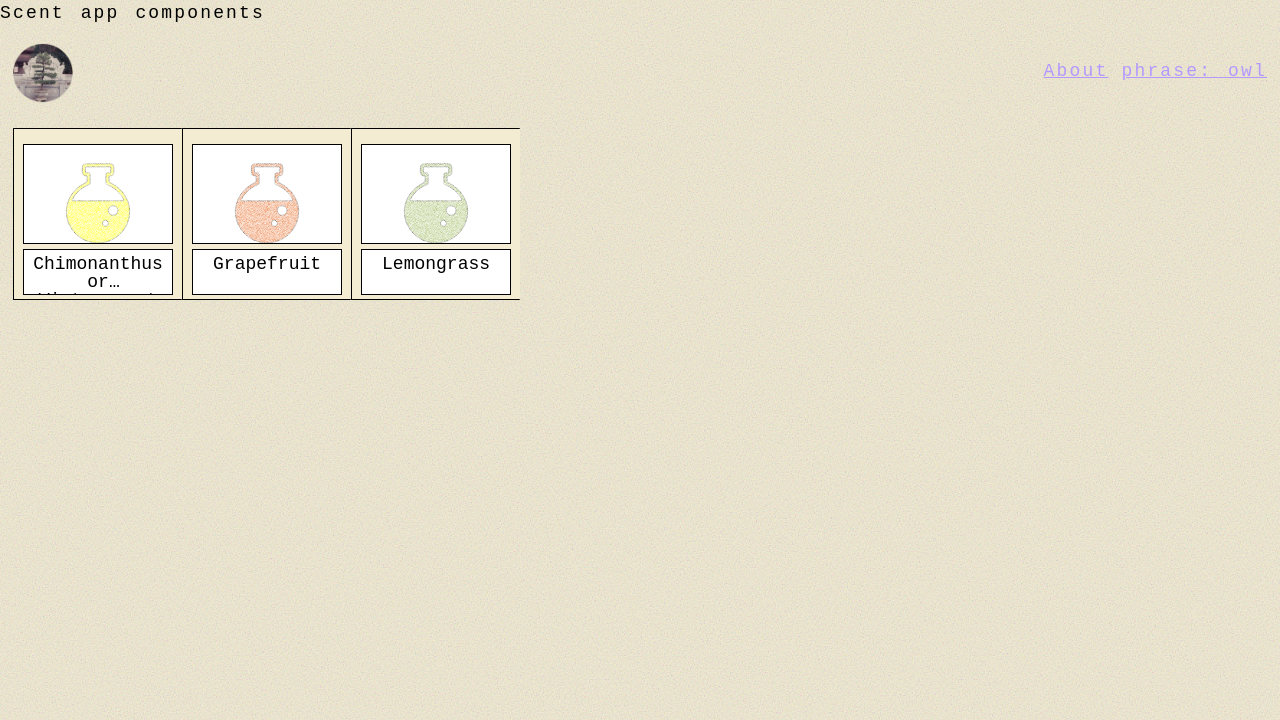
Repository: magiai/scent-app
Page: /
The author's editor kept a copy of each file at every save. The page is drawn from the files as they stood at one save, then again after the next save.
The browser window is 1280 px wide. The pictures show the whole page.
The project was rebuilt for these pictures with package versions that can differ from the ones it lists, and the page was loaded fresh each time. The framework's server and built-in components were replaced by stand-ins that run in the browser.

Above is the page before, as saved 2022-11-30 12:43:46.

### pages/_app.tsx

import { Provider } from 'react-redux';
import type { AppProps } from 'next/app';
import { store } from '../app/store';
import '../styles/variables.css';
import '../styles/global.css';

function MyApp({ Component, pageProps
}: AppProps) {
    return (
        <Provider store={store}>
            <Component {...pageProps} />
        </Provider>
    )
}

export default MyApp

### pages/_document.js
import { Html, Head, Main, NextScript } from "next/document";

export default function Document() {
    return (
        <Html lang="en">
        <Head>
            <meta charset="utf-8" />
            <meta httpEquiv="X-UA-Compatible" content="IE=edge" />
            <meta name=" theme-color" content="#fff" />
            <meta name="viewport" content="width=device-width, initial-scale=1" />
            <meta name="robots" content="noindex, nofollow" />

            <title key="title">Scent app components</title>
            <link rel="icon" href="/favicon.ico"></link>
            <meta name="description" content="Application description"></meta>

            <noscript>Scent app components</noscript>
        </Head>
        <body>
            <svg
                className="svg__background"
                width='100%'
                height='100%'
                viewBox='0 0 100 100' xmlns='http://www.w3.org/2000/svg'>
                <filter id='noiseFilter' x="-75%" y="-100%" width="250%" height="300%">
                    <feTurbulence
                                type='fractalNoise'
                                baseFrequency='5'
                                numOctaves='10'
                                seed="10"
                                stitchTiles='stitch'/>
                </filter>

                <rect width='100%' height='100%' filter='url(#noiseFilter)'/>
            </svg>
            <Main />
            <NextScript />
        </body>
    </Html>
    )
}

### pages/index.tsx
import Head from 'next/head';
import Layout from '../components/Layout';
import { Scent } from '../components/scent/Scent';

export default function Home() {
  return (
    <Layout>
      <Head>
        <title key="title">Home</title>
      </Head>

      <main>
        <Scent liquidColor="yellow"
            label = "Chimonanthus or Wintersweet" />
        <Scent liquidColor="#e9702c"
                label = "Grapefruit" />
        <Scent liquidColor="#9db95d"
                label = "Lemongrass" />
      </main>

    </Layout>
  )
}

### app/store.ts
import searchEngineReducer from '../components/search/searchSlice';

import {
    Action,
    configureStore,
    ThunkAction,
  } from '@reduxjs/toolkit';

  export const store = configureStore({
    reducer: {
        searchEngine: searchEngineReducer,
    },
  });

  export type AppDispatch = typeof store.dispatch;
  export type RootState = ReturnType<typeof store.getState>;
  export type AppThunk<ReturnType = void> = ThunkAction<
     ReturnType,
     RootState,
     unknown,
     Action<string>
   >;

### styles/variables.css
:root {
    --font-family--base: 'Courier New', Courier, monospace;;
    --color--white: white;
    --color--black: black;
    --color--transparent: rgba(0, 0, 0, 0);

    --hue--base: 255;
    --saturation--base: 100%;
    --lightness--base: 80%;
    --opacity--base: 1;
    --color--lighten: 5%;
    --color--darken: 10%;
    --color--primary: hsla(var(--hue--base), var(--saturation--base), var(--lightness--base), var(--opacity--base));
    --color--primary--active: hsla(var(--hue--base),
                                    var(--saturation--base),
                                    calc(var(--lightness--base) + var(--color--lighten)),
                                    var(--opacity--base));

    --hue--secondary: 46;
    --saturation--secondary: 61%;
    --lightness--secondary: 89%;
    --color--secondary: hsla(var(--hue--secondary), var(--saturation--secondary), var(--lightness--secondary), var(--opacity--base));
    --color--secondary--active: hsla(var(--hue--secondary),
                                var(--saturation--secondary),
                                calc(var(--lightness--secondary) + var(--color--lighten)),
                                var(--opacity--base));

    --hue--error: 360;
    --hue--success: 130;
    --hue--information: 230;
    --color--disabled: hsla(var(--hue--information), 0, calc(var(--lightness--base) - var(--color--darken)), var(--opacity--base));
    --color--information: hsla(var(--hue--information), var(--saturation--base), var(--lightness--base), var(--opacity--base));
    --color--success: hsla(var(--hue--success), var(--saturation--base), var(--lightness--base), var(--opacity--base));
    --color--error: hsla(var(--hue--error), var(--saturation--base), var(--lightness--base), var(--opacity--base));

    --background-color: var(--color--secondary);

    --spacing__ratio: 1.414;
    --spacing__ratio--desktop: 1.618;
    --space--base: 0.5rem;
    --space--xs: var(--space--base);
    --space--s: calc(var(--space--xs) * var(--spacing__ratio));
    --space--m: calc(var(--space--s) * var(--spacing__ratio));
    --space--l: calc(var(--space--m) * var(--spacing__ratio));
    --space--xl: calc(var(--space--l) * var(--spacing__ratio));

    --font-size__ratio: 1.20;
    --font-size__ratio--desktop: 1.333;
    --font-size--base: 1.8rem;
    --font-size--h4: calc(var(--font-size--base) * var(--font-size__ratio));
    --font-size--h3: calc(var(--font-size--h4) * var(--font-size__ratio));
    --font-size--h2: calc(var(--font-size--h3) * var(--font-size__ratio));
    --font-size--h1: calc(var(--font-size--h2) * var(--font-size__ratio));

    --input__height: 4rem;
    --input__border__width: 0.1rem;
    --input__border__style: solid;
    --input__border__color: var(--color--primary);
    --input__border: var(--input__border__width) var(--input__border__style) var(--input__border__color);
    --form-control__color: var(--color--secondary);
    --select__height: 3.4rem;
    --select--focus__color: var(--color--primary);
    --select__arrow__color: var(--input__border__color);

    --svg__button__width: 15rem;
    --svg__button__height: 10rem;
    --button__border__width: 0.1rem;
    --button--svg__label__height: 4.6rem;
}

@media only screen and (min-width: 768px) {
    :root {
        --font-size__ratio: var(--font-size__ratio--desktop);
        --spacing__ratio: var(--spacing__ratio--desktop);
    }
}

### styles/global.css
html {
    font-size: 62.5%;
}

*,
*:before,
*:after {
    box-sizing: border-box;
}

body {
    font-family: var(--font-family--base);
    font-size: var(--font-size--base);
    line-height: 1.5;
	letter-spacing: 0.12em;
	word-spacing: 0.16em;
    color: var(--color--black);
    background-color: var(--background-color);
    margin: 0;
    position: relative;
    min-height: 100vh;
}

@media (prefers-reduced-motion: reduce) {
	*,
	*::before,
	*::after {
		animation-duration: 0.01ms !important;
		animation-iteration-count: 1 !important;
		transition-duration: 0.01ms !important;
		scroll-behavior: auto !important;
	}
}

.svg__background {
	position: absolute;
	top: 0;
	left: 0;
	opacity: 0.4;
    z-index: -1;
}

p,
li,
h1, h2, h3, h4, h5 {
  overflow-wrap: break-word;
  hyphens: auto;
  margin-bottom: 0.65em;
}

h1 {
    font-size: var(--font-size--h1);
}

h2 {
    font-size: var(--font-size--h2);
}

h3 {
    font-size: var(--font-size--h3);
}

h4 {
    font-size: var(--font-size--h4);
}

h5 {
    font-size: var(--font-size--h5);
}

a {
    color: var(--color--primary);
    padding-top: var(--space--s);
    padding-bottom: var(--space--s);
}

a:hover, a:active, a:focus {
    color: var(--color--primary--active);
}

button {
    font-size: max(var(--font-size--base), 1em);
    font-family: inherit;
    padding: 0.25em 0.5em;
    background-color: var(--color--secondary);
    border-radius: 0.1rem;
    border: var(--button__border);
    line-height: 1;
}

### components/Layout.tsx
import React from 'react';
import Footer from './Footer';
import Header from './Header';
import styles from './layout.module.css'

export default function Layout({
  children,
  home
}: {
  children: React.ReactNode
  home?: boolean
}) {
    return (
        <div className = {styles.container}>
            <Header/>
            {children}
            {/* <Footer/> */}
        </div>
    );
}

### components/scent/Scent.tsx
import React from 'react';
import styles from './scent.module.css';

interface ScentProps {
    // visibleBottle: boolean;
    liquidColor: string;
    label: string;
  /**
   * Optional click handler
   */
  onClick?: () => void;
}

export const Scent = ({
    // visibleBottle,
    liquidColor,
    label,
    ...props
}: ScentProps) => {
    //check with useContext
    // const mode: string = visibleBottle ? 'bottle--visible' : 'bottle--hidden';

    return (
    <>
        <button
            type="button"
            className={ styles['button--scent'] }
            {...props}>

            <svg
                className={ styles['svg--bottle'] }
                xmlns="http://www.w3.org/2000/svg"
                version="1.1"
                x="0px"
                y="0px"
                viewBox="0 0 362.664 362.664">

                <filter id='noiseFilter' x="-10%" y="-10%" width="120%" height="120%">
                    <feTurbulence
                        type='fractalNoise'
                        baseFrequency='5'
                        numOctaves='10'
                        seed="10"
                        stitchTiles='stitch'
                    />
                </filter>

                <mask id="gradient-mask">
                    <rect width='100%' height='100%' filter='url(#noiseFilter)'/>
                </mask>

                <path id={ styles['bottle__path'] }
                    fill={ liquidColor }
                    d="M326.197,217.684c0-14.664-2.472-29.243-7.346-43.334l-1.63-4.711h-0.119c-4.807-12.383-11.477-24.266-19.923-35.369     c-16.07-21.126-37.974-38.302-62.301-48.985c-1.015-0.446-3.057-1.059-3.057-4.892l-0.392-25.177h6.549     c8.759,0,15.886-7.126,15.886-15.885V15.886C253.864,7.127,246.738,0,237.978,0H125.686c-8.759,0-15.885,7.127-15.885,15.886     v23.445c0,8.759,7.126,15.885,15.885,15.885h5.625L131.23,80.06c0,3.75-2.221,4.689-3.323,5.172     c-24.308,10.644-46.197,27.762-62.283,48.842c-8.515,11.159-15.232,23.107-20.067,35.564h-0.119l-1.629,4.712     c-4.872,14.089-7.342,28.668-7.342,43.333c0,0.018,0,0.036,0,0.053c0,0.021,0,0.042,0,0.063     c0,79.879,64.986,144.865,144.865,144.865s144.865-64.986,144.865-144.865c0-0.021,0-0.042,0-0.063     C326.197,217.72,326.197,217.702,326.197,217.684z M202.109,272.231c0-7.348,5.957-13.305,13.305-13.305     s13.305,5.957,13.305,13.305s-5.957,13.305-13.305,13.305S202.109,279.579,202.109,272.231z M228.718,213.922     c0-12.15,9.85-22,22-22s22,9.85,22,22s-9.85,22-22,22S228.718,226.072,228.718,213.922z M140.66,95.165     c0,0,4.543-2.022,4.543-7.522c0-9.792,0.127-27.917,0.127-39.166c0-7.5-6.831-7.261-6.831-7.261h-12.813     c-1.022,0-1.885-0.863-1.885-1.885V15.886c0-1.022,0.863-1.886,1.885-1.886h112.292c1.022,0,1.886,0.864,1.886,1.886v23.445     c0,1.022-0.864,1.885-1.886,1.885h-13.146c0,0-7.473,0.552-7.473,8.929c0,10.874,0.592,28.679,0.592,38.241     c0,5.757,4.469,6.934,4.469,6.934c32.593,12.269,59.116,36.124,74.668,64.853c1.679,3.102,4.577,9.466-4.089,9.466h-225.5     c-6.833,0-3.513-6.596-1.764-9.807C81.372,131.122,107.979,107.339,140.66,95.165z"
                    mask='url(#gradient-mask)'></path>
            </svg>

            <span className={ styles['button--svg__label'] }>{ label }</span>
        </button>
    </>
    );
};

### components/search/searchSlice.ts
import {
    createSlice,
    PayloadAction,
  } from '@reduxjs/toolkit';
  import type { RootState } from '../../app/store';

  export type SearchEngineState = {
    value: string;
  };

  const initialState: SearchEngineState = {
    value: 'owl',
  };

  export const searchEngineSlice = createSlice({
    name: 'searchEngine',
    initialState,

    reducers: {

      setSearchedPhrase: (state, action: PayloadAction<string>) => {
        state.value = action.payload;
      },
    },
  });

  export const {
    setSearchedPhrase,
  } = searchEngineSlice.actions;

  export const selectSearch = (state: RootState) => state.searchEngine.value;

  export default searchEngineSlice.reducer;

### components/Header.tsx
import Link from 'next/link';
import Image from 'next/image';
import styles from './header.module.css';
import { useAppSelector } from '../app/hooks';
import { selectSearch } from './../components/search/searchSlice';

export default function Header() {
    const selectPhrase = useAppSelector(selectSearch);

    return (
        <header className = {styles.header}>
            <nav className = {styles.navigation}>
                <Link href="/">
                    <a>
                        <Image
                            src = "/images/logo.png"
                            height = {60}
                            width = {60}
                            alt = "Logo"
                        />
                    </a>
                </Link>
                <ul className = { styles.navigationList }>
                    <li>
                        <Link href="/about">
                            <a>About</a>
                        </Link>
                    </li>
                    <li>
                        <Link href="/about">
                            <a>phrase: {selectPhrase} </a>
                        </Link>
                    </li>
                </ul>
            </nav>
        </header>
    );
}

### components/layout.module.css
.container {
    padding-left: var(--space--m);
    padding-right: var(--space--m);
}

### components/scent/scent.module.css
/* :root {
    --svg__button__width: 15rem;
    --svg__button__height: 10rem;
    --button__border__width: 0.1rem;
    --button--svg__label__height: 4.6rem;
} */


.svg--bottle,
.button--scent {
    border-top-width: var(--button__border__width);
    border-left-width: var(--button__border__width);
    border-bottom-width: var(--button__border__width);
    border-color: black;
    border-style: solid;
}

.button--scent {
    border-right-width: 0rem;
    color: black;
    transition-property: transform;
    transition-duration: 250ms;
    transition-timing-function: ease-out;
}

.button--scent:active,
.button--scent:focus,
.button--scent:hover {
    background-color: rgba(87, 69, 58, 0.7);
}

.button--scent:active #bottle__path,
.button--scent:focus #bottle__path,
.button--scent:hover #bottle__path {
    transform: rotateZ(20deg) translateX(0%) translateY(-3%) scale(0.9);
}

svg.svg--bottle {
    display: flex;
    width: var(--svg__button__width);
    height: var(--svg__button__height);
    margin-top: 1rem;
    padding-top: 1rem;
    background-color: white;
    border-right-width: var(--button__border__width);
}

#bottle__path {
    stroke: black;
    stroke-width: 0.3rem;
    transform-origin: bottom center;
    transform: scale(0.9);
}

.button--svg__label {
    border: 1px solid black;
    height: var(--button--svg__label__height);
    width: var(--svg__button__width);
    margin-top: var(--space--xs);
    background-color: white;
    display: -webkit-box;
    -webkit-line-clamp: 2;
    -webkit-box-orient: vertical;
    overflow: hidden;
    padding-top: var(--space--xs);
    padding-bottom: calc(var(--space--xs) / 2);
    /* text-shadow: 0px 0px 0.2rem black, -0.05rem -0.05rem 0.02rem; */
    transition-property: height;
    transition-duration: 200ms;
    transition-timing-function: ease-in;
}

.button--scent:hover .button--svg__label {
    height: auto;
    min-height: var(--button--svg__label__height);
    overflow: visible;
    -webkit-line-clamp: 5;
}

### components/header.module.css
.header {
    padding-top: var(--space--s);
    padding-bottom: var(--space--s);
}

.navigation {
    width: 100%;
    display: flex;
    flex-direction: row;
    justify-content: space-between;
    align-items: center;
}

.navigationList {
    display: flex;
}

.navigationList li {
    list-style: none;
}

.navigationList li:not(:last-of-type) {
    margin-right: var(--space--m);
}

### app/hooks.ts
import {
    TypedUseSelectorHook,
    useDispatch,
    useSelector,
  } from 'react-redux';
  import type {
    AppDispatch,
    RootState,
  } from './store';

  export const useAppDispatch = () => useDispatch<AppDispatch>();
  export const useAppSelector: TypedUseSelectorHook<RootState> = useSelector;

After the next save:
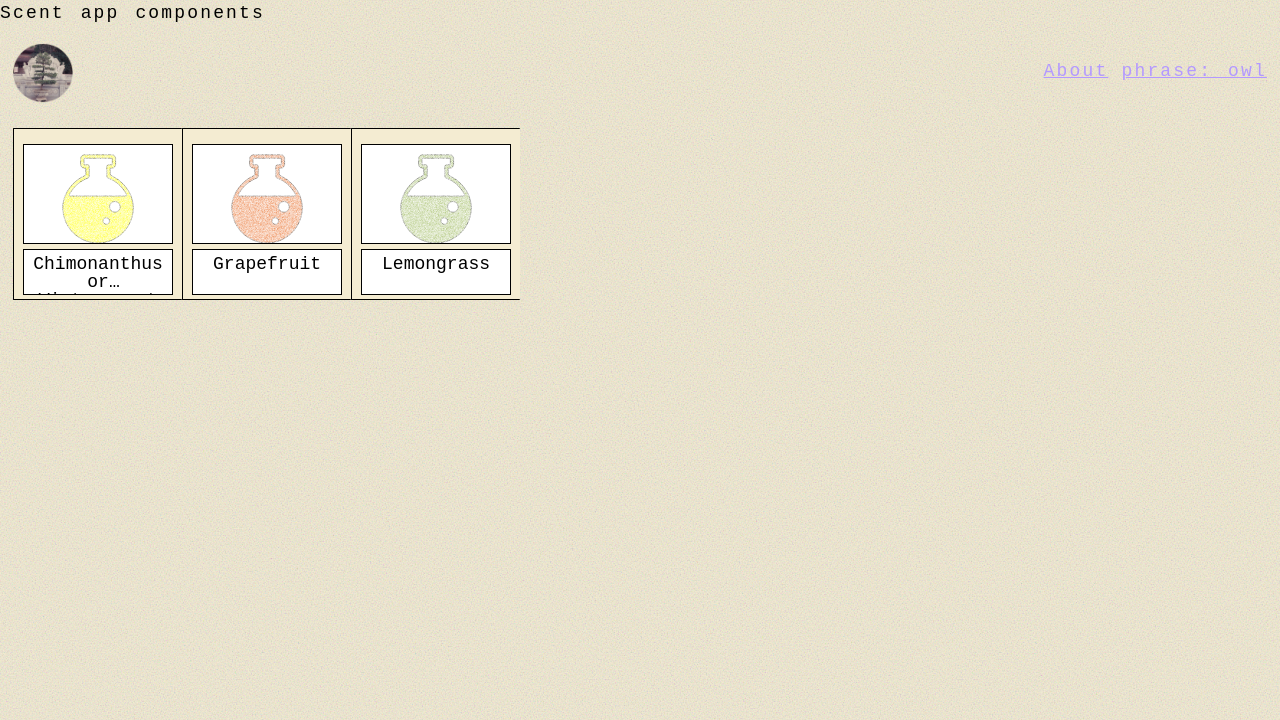
Saved 4 s later.
--- a/components/scent/scent.module.css
+++ b/components/scent/scent.module.css
@@ -40,7 +40,7 @@ svg.svg--bottle {
     width: var(--svg__button__width);
     height: var(--svg__button__height);
     margin-top: 1rem;
-    padding-top: 1rem;
+    /* padding-top: 1rem; */
     background-color: white;
     border-right-width: var(--button__border__width);
 }
